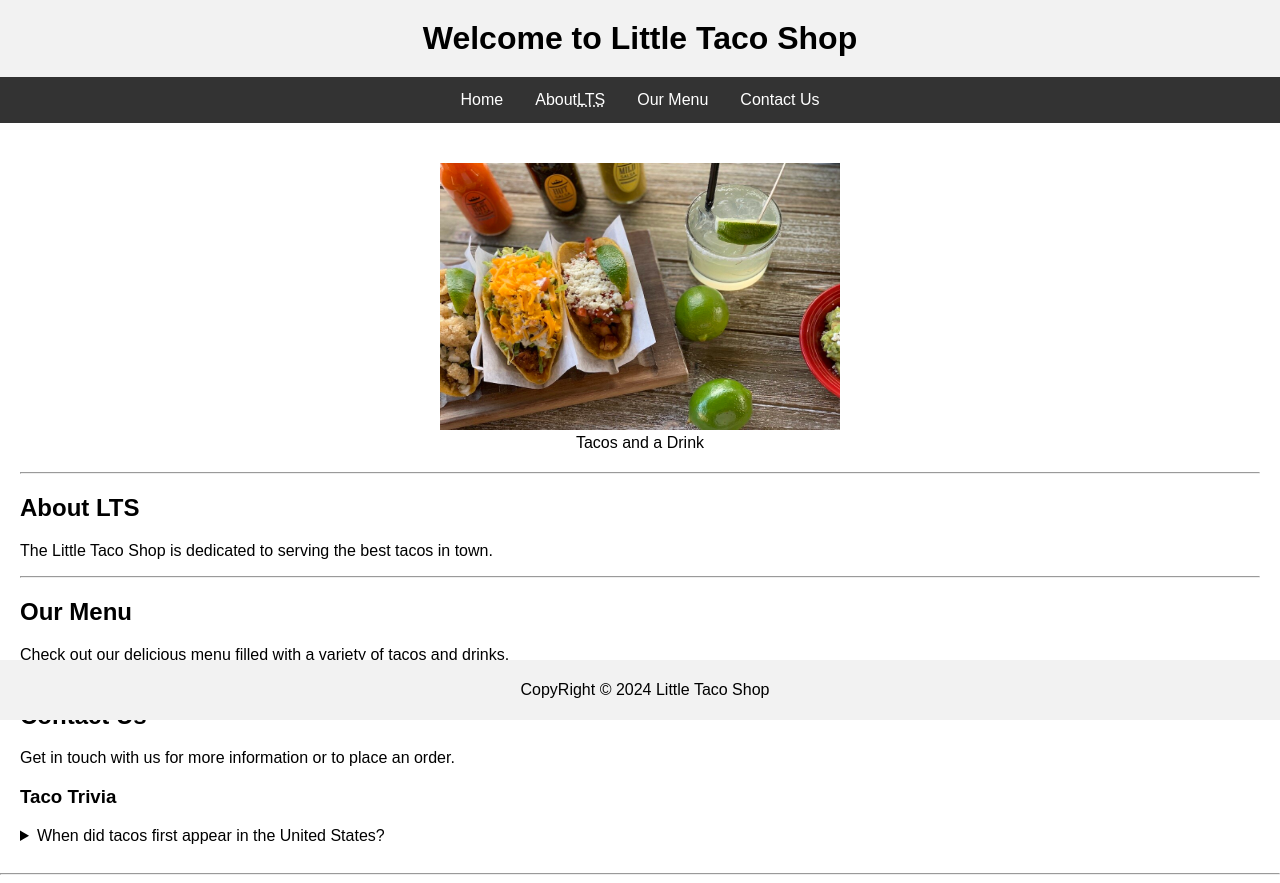
Repository: cavidk/taco_shop-web
Page: html basics/index.html
These files come from the project's save history. The page is drawn as it stood at one moment and after the next save; the edit follows.
The browser window is 1280 px wide. The pictures show the whole page.

Above is the page before, as saved 2024-06-11 10:23:04.

After the next save:
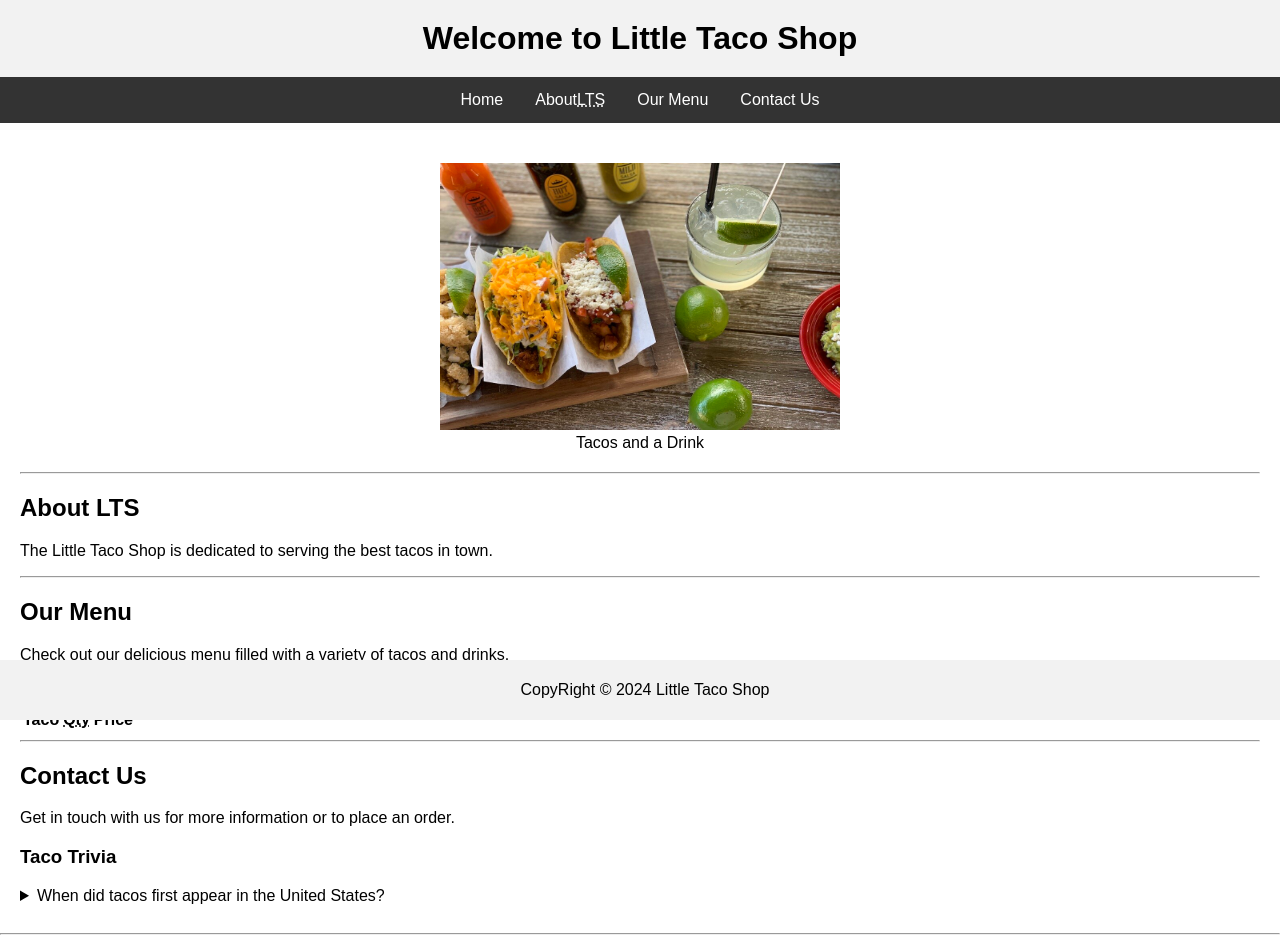
Saved 9 min 44 s later.
--- a/html basics/index.html
+++ b/html basics/index.html
@@ -47,6 +47,25 @@
          <section id="menu">
             <h2>Our Menu</h2>
             <p>Check out our delicious menu filled with a variety of tacos and drinks.</p>
+
+            <hr>
+            <article id="menu">
+               <table>
+                  <caption>Our tacos</caption>
+                  <thead>
+                     <tr>
+                        <th>Taco</th>
+                        <th scope="col"><abbr title="Quantity">Qty</abbr></th>
+                        <th scope="col">Price</th>
+                     </tr>
+                  </thead>
+
+               </table>
+
+
+            </article>
+
+
          </section>
          <hr>
          <section id="contact">
